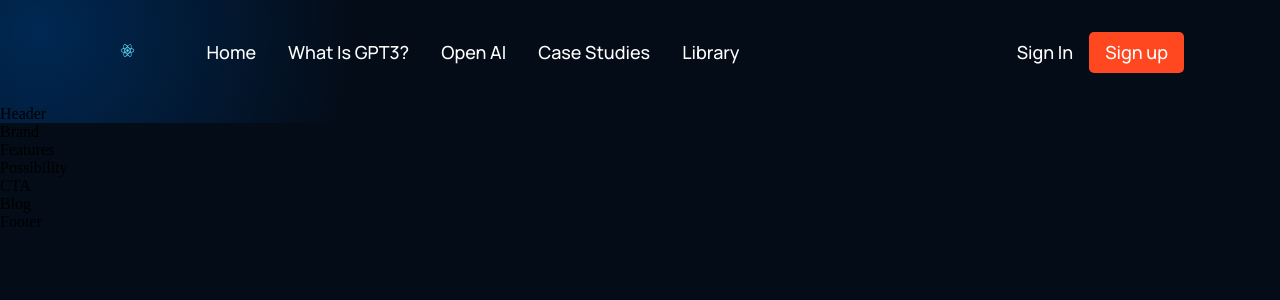
Repository: GeorgiosDev/OpenAI-Clone
Page: /
An editor plug-in stored every save of this project. The page is shown before and after a run of saves, followed by the edit.
The browser window is 1280 px wide. The pictures show the whole page.
The project was rebuilt for these pictures with package versions that can differ from the ones it lists, and the page was loaded fresh each time. Also part of the build but not shown: src/components/article/article.css, src/components/article/Article.jsx, src/components/cta/cta.css, src/components/feature/Feature.jsx, src/containers/blog/blog.css, src/containers/features/features.css, src/containers/footer/footer.css, src/containers/header/header.css and 2 more.

Above is the page before, as saved 2025-01-31 15:05:38.

After the next 2 saves:
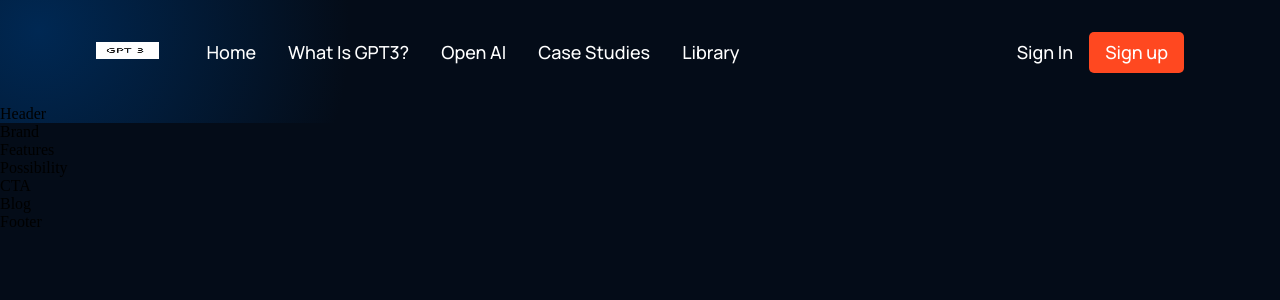
The 2 saves are shown as one change because they came seconds apart.
The last was saved 4 min 4 s later.
--- a/src/components/navbar/Navbar.jsx
+++ b/src/components/navbar/Navbar.jsx
@@ -1,6 +1,6 @@
 import React, { useState } from "react";
 import { RiMenu3Line, RiCloseLine } from "react-icons/ri";
-import logo from "../../logo.svg";
+import logo from "../../logo.png";
 import "./navbar.css";
 
 const Navbar = () => {
